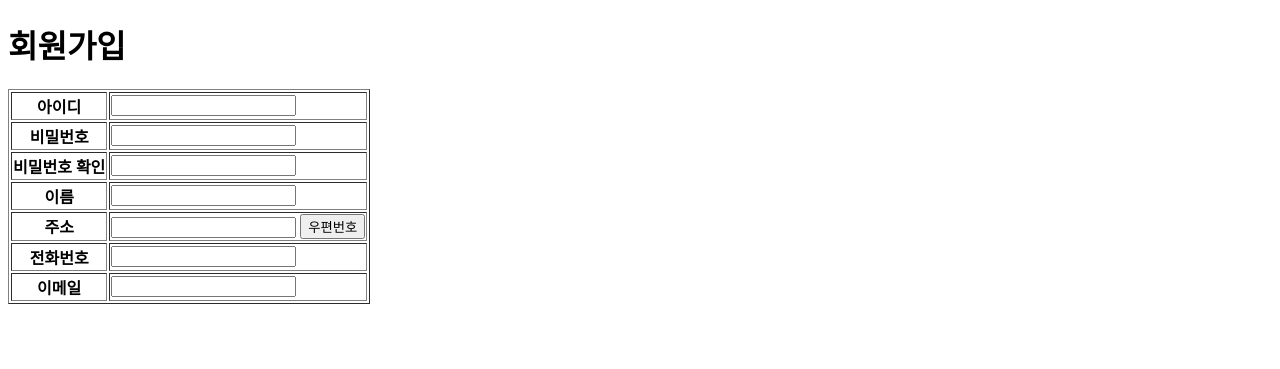
Repository: dhdhdht/Semi-login
Page: http://localhost/Semi_login/regist.jsp
These files come from the project's save history. The page is drawn as it stood at one moment and after the next save; the edit follows.
The browser window is 1280 px wide. The pictures show the whole page.
The page is served by Tomcat 9.

Above is the page before, as saved 2021-03-27 12:27:31.

After the next save:
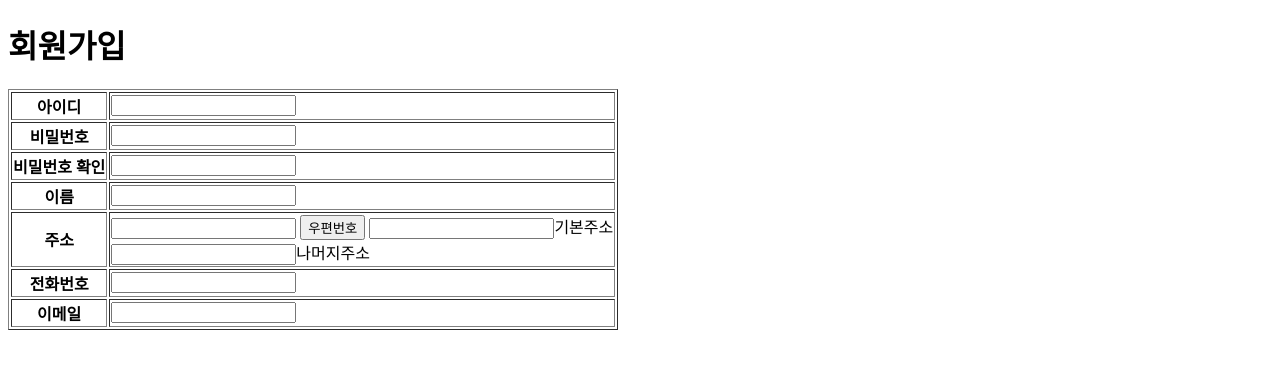
Saved 11 min 49 s later.
--- a/Semi_login/WebContent/regist.jsp
+++ b/Semi_login/WebContent/regist.jsp
@@ -69,6 +69,8 @@
 				<td>
 					<input type="text" maxlength="14" readonly="readonly"/>
 					<input type="button" value="우편번호" onclick="jusoPopup();" />
+					<input type="text" />기본주소<br>
+					<input type="text" />나머지주소
 				</td>
 			</tr>
 			<tr>
